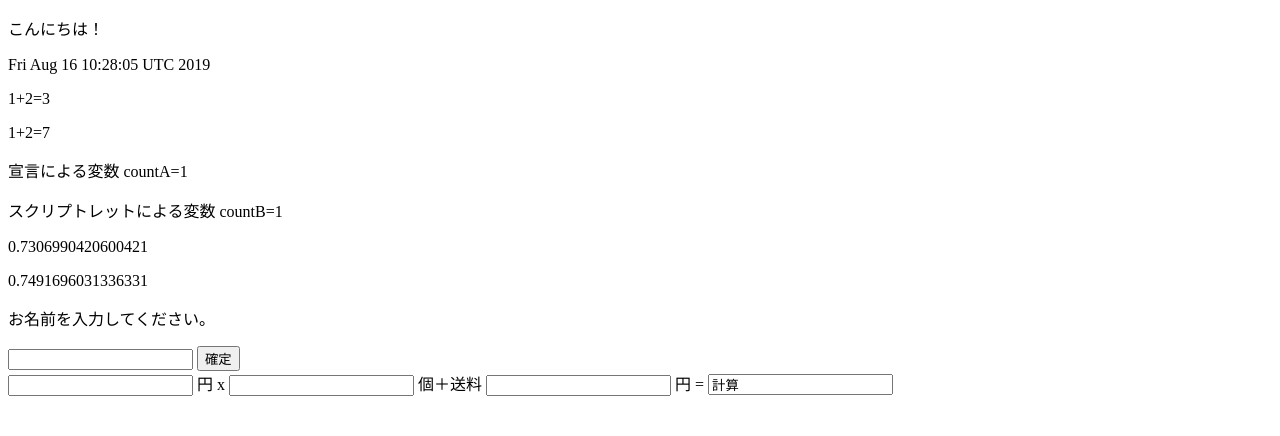
Repository: sh-sh-1110/test
Page: http://localhost/HelloJSP/
These files come from the project's save history. The page is drawn as it stood at one moment and after the next save; the edit follows.
The browser window is 1280 px wide. The pictures show the whole page.
The page is served by Tomcat 9.

Above is the page before, as saved 2019-08-16 11:14:04.

### HelloJSP/WebContent/index.jsp
<%@ page language="java" contentType="text/html; charset=UTF-8"
    pageEncoding="UTF-8"%>
<!DOCTYPE html PUBLIC "-//W3C//DTD HTML 4.01 Transitional//EN" "http://www.w3.org/TR/html4/loose.dtd">
<html>
<head>
<meta charset="utf-8" >
<title>TEST</title>
</head>
<body>

<p>こんにちは！</p>

<% out.println(new java.util.Date()); %>

<%! static int add(int a,int b){
	return a+b;
}
%>

<p>1+2=<%=add(1,2) %></p>
<p>1+2=<%=add(3,4) %></p>

<%! static int countA=0; %>
<%
	int countB=0;
	countA++;
	countB++;
%>

<p>宣言による変数 countA=<%=countA %></p>
<p>スクリプトレットによる変数 countB=<%=countB %></p>

<p><% out.println(Math.random()); %></p>
<p><%=Math.random() %></p>

<p>お名前を入力してください。</p>
<form method="post" action="greeting-out.jsp">
<input type="text" name="user">
<input type="submit" value="確定">
</form>

<form method="post" action="total-out.jsp">
<input type="text" name="price">
円 x
<input type="text" name="count">
個＋送料
<input type="text" name="delivery">
円 =
<input type="text" value="計算">
</form>

</body>
</html>

After the next save:
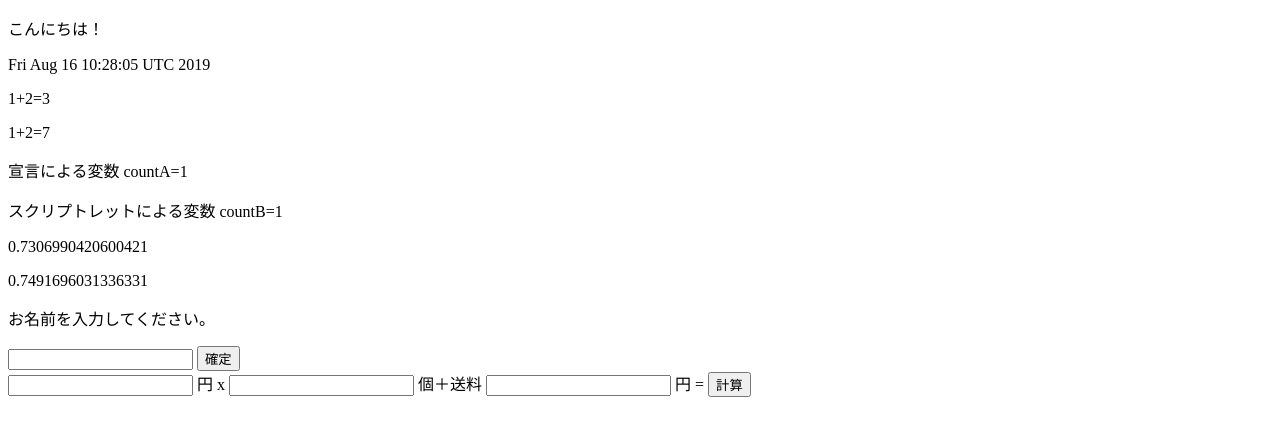
Saved 41 s later.
--- a/HelloJSP/WebContent/index.jsp
+++ b/HelloJSP/WebContent/index.jsp
@@ -46,7 +46,7 @@
 個＋送料
 <input type="text" name="delivery">
 円 =
-<input type="text" value="計算">
+<input type="submit" value="計算">
 </form>
 
 </body>
